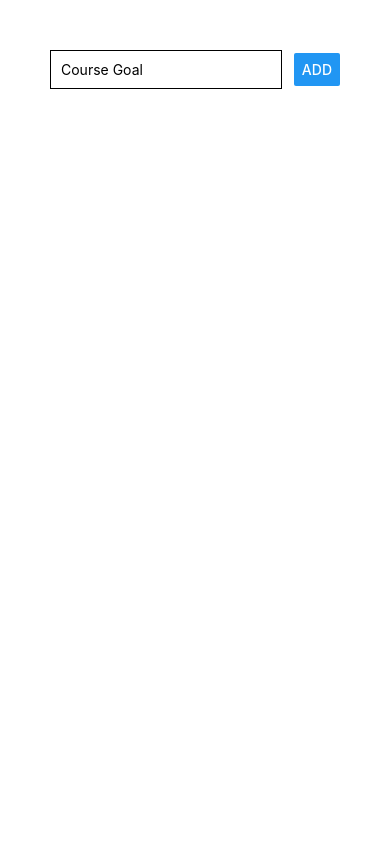
Repository: Zolds403/ReactNativePractice
Screen: /
These files come from the project's save history. The screen is drawn as it stood at one moment and after the next save; the edit follows.
The app was drawn by React Native's web renderer in a window 390 px wide. The project was rebuilt for these pictures with package versions that can differ from the ones it lists, and the page was loaded fresh each time.

Above is the screen before, as saved 2021-07-19 20:37:41.

### App.js
//jshint esversion:6
import React from 'react'
import { StyleSheet, Text, View, TextInput, Button } from 'react-native'

export default function App() {
  return (
    <View style={{ padding: 50 }}>
      <View style={{ flexDirection: 'row', justifyContent: 'space-between', alignItems: 'center' }}>
        <TextInput
          placeholder='Course Goal'
          style={{ width: '80%', borderColor: 'black', borderWidth: 1, padding: 10 }}
        />
        <Button title='ADD' />
      </View>
      <View />
    </View>
  )
}

After the next save:
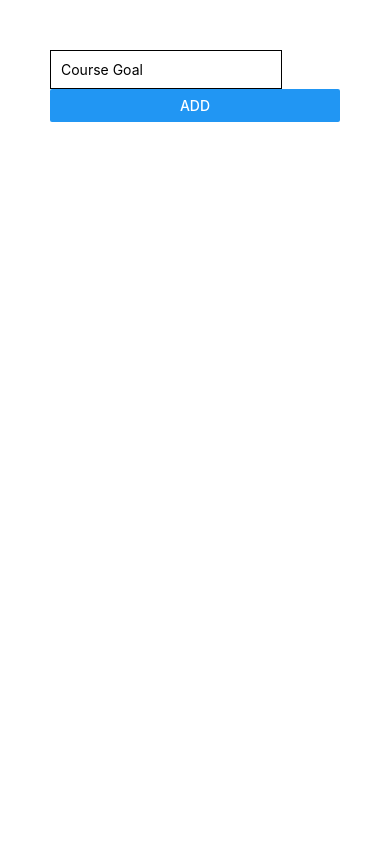
Saved 5 min 38 s later.
--- a/App.js
+++ b/App.js
@@ -4,8 +4,8 @@
 
 export default function App() {
   return (
-    <View style={{ padding: 50 }}>
-      <View style={{ flexDirection: 'row', justifyContent: 'space-between', alignItems: 'center' }}>
+    <View style={styles.screen}>
+      <View style={{  }}>
         <TextInput
           placeholder='Course Goal'
           style={{ width: '80%', borderColor: 'black', borderWidth: 1, padding: 10 }}
@@ -14,5 +14,16 @@
       </View>
       <View />
     </View>
-  )
+  );
 }
+
+const styles = StyleSheet.create({
+  screen: {
+    padding: 50
+  },
+  inputContainer: {
+    flexDirection: 'row',
+    justifyContent: 'space-between',
+    alignItems: 'center'
+  }
+});

After the save that followed:
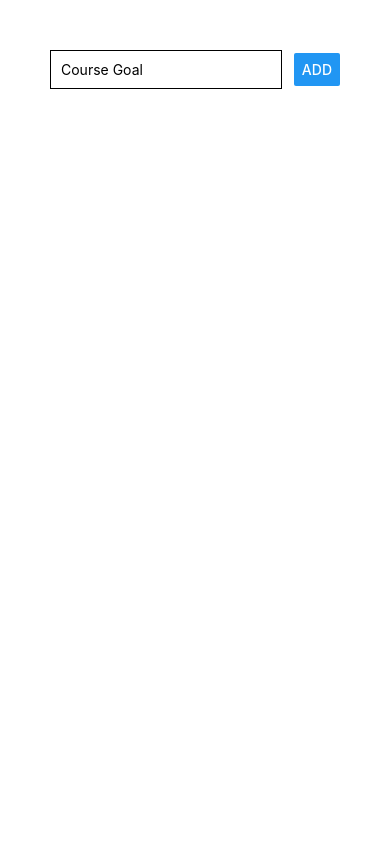
Saved 18 s later.
--- a/App.js
+++ b/App.js
@@ -5,7 +5,7 @@
 export default function App() {
   return (
     <View style={styles.screen}>
-      <View style={{  }}>
+      <View style={styles.inputContainer}>
         <TextInput
           placeholder='Course Goal'
           style={{ width: '80%', borderColor: 'black', borderWidth: 1, padding: 10 }}
